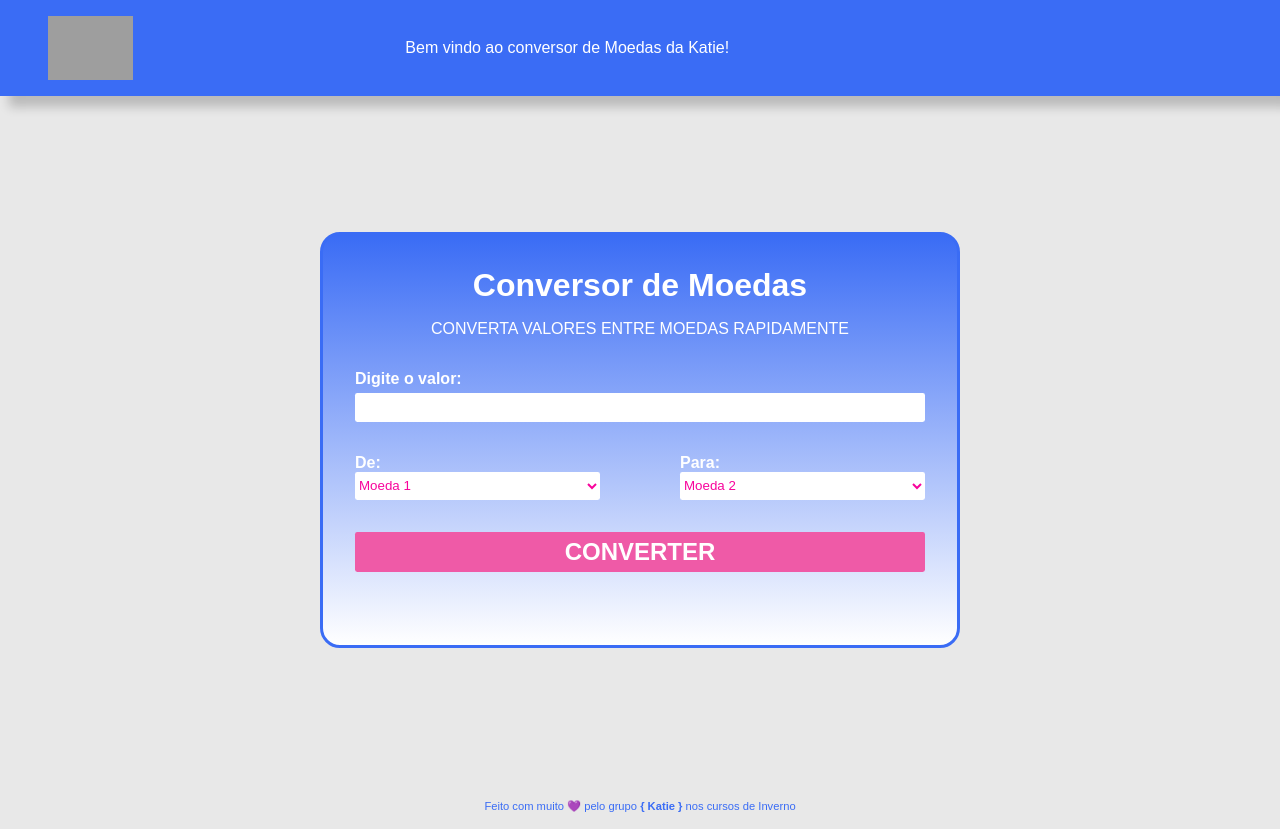
Repository: willamesalmeida/Conversor-de-Moedas
Page: index.html
These files come from the project's save history. The page is drawn as it stood at one moment and after the next save; the edit follows.
The browser window is 1280 px wide. The pictures show the whole page.
Pictures or frames that could not be fetched are drawn as grey boxes.

Above is the page before, as saved 2022-08-07 14:52:48.

### index.html
<!DOCTYPE html>
<html lang="pt-br">
<head>
    <meta charset="UTF-8" />
    <meta name="viewport" content="width=device-width, initial-scale=1.0">
    <link rel="stylesheet" href="./global.css">
    <link rel="stylesheet" href="./styles.css">
    <title>Conversor de moedas KATIE</title>
</head>
<body>
    <script src="script.js"></script>

    <header class="cabecalho">
        <img class="gif-katie" src="https://ic.ufal.br/extensao/katie/resources/logoanim.gif"/>
        <p class="saudacao">Bem vindo ao conversor de Moedas da Katie!</p>
    </header>
    <main class="container">
        <section class="card">
            <header>
                <h2 class="titulo">Conversor de Moedas</h2>
                CONVERTA VALORES ENTRE MOEDAS RAPIDAMENTE
            </header>

            <section class="valor">
                <label>Digite o valor:</label>
                <input type="number" id="valor_inicial">
            </section>

            <section class="conversao">
                <div  class="converter-de">
                    <label>De:</label>
                    <select name="moedasde" id="moedasde">
                        <option value="de">Moeda 1</option>
                        <option value="USD">Dolar</option>
                        <option value="BRL">Real</option>
                        <option value="EUR">Euro</option>
                      </select>
                </div>

                <div class="converter-para">
                    <label>Para:</label>
                    <select name="moedaspara" id="moedaspara">
                        <option value="para">Moeda 2</option>
                        <option value="USD">Dolar</option>
                        <option value="BRL">Real</option>
                        <option value="EUR">Euro</option>
                      </select>
                </div>

            </section>
            <button type="submit" onclick="Converter()">CONVERTER</button>

            <span id="resultado" class="resultado"></span>

        </section>

    </main>

    <footer>
        Feito com muito &#128156 pelo grupo <strong>{ Katie }</strong> nos cursos de Inverno
    </footer>


</body>
</html>

### global.css
@import url('https://fonts.googleapis.com/css2?family=Roboto+Flex:opsz,wght@8..144,400;8..144,500&family=Roboto:ital,wght@0,100;0,300;0,400;0,500;0,700;0,900;1,100;1,300;1,400;1,500;1,700;1,900&display=swap');
:root {
  --rosa-katie: #f8049c;
  --amarelo-katie: #fdd54f;
  --cinza-katie: #1f1f24;
  --rosa-claro: #EF5AA7;
  --branco:  #ffffff;
  --blue: #3A6CF5;
  --gray:#E8E8E8;
  --grey2: #EBEBF3;
  --red:#FF0000;
}

* {
  margin: 0;
  padding: 0;
  box-sizing: border-box;
}

body {
  font-family: 'Roboto ', sans-serif;
  font-family: 'Roboto Flex ', sans-serif;
  color: #ffffff;
  background-color: var(--gray);
}

### styles.css
.cabecalho {
  background: var(--blue);
  padding: 1rem 0;
}

.gif-katie {
  margin-left: 3rem;
  height: 4rem;
}
.cabecalho{
  display: flex;
  align-items: center;
  box-shadow: 10px 10px 10px 1px rgba(0, 0, 0, 0.2);
}

.saudacao {
  text-align: center;
  padding-left: 17rem;
}

.container {
  padding: 2.5rem 1rem;
}

.card {
  background: linear-gradient(var(--blue), var(--branco)); ;
  /* background: var(--red); */
  width: 40rem;
  height: 26rem;
  border: 3px solid var(--blue);
  border-radius: 20px;
  padding: 2rem;
  margin: 6rem auto;
}

header h2 {

  font-size: 2rem;
}

.titulo {
  margin-bottom: 1rem;
}

.card header {
  text-align: center;
}

.valor {
  margin: 2rem 0;
  display: flex;
  flex-direction: column;
}

label {
  font-size: 1rem;
  font-weight: bold;
  margin-bottom: 0.3rem;
}

input,
select {
  border: none;
  border-radius: 0.15rem;
  height: 1.8rem;
  width: 100%;
  background: var(--branco);
  color: var(--rosa-katie)
}

input {
    padding: 0.8rem;
}

.conversao {
    width: 100%;
    margin: 2rem 0;
    display: flex;
    flex-direction: row;
  }

.converter-de,
.converter-para {
  width: 100%;
}

.converter-de {
  margin-right: 2.5rem;
}

.converter-para {
  margin-left: 2.5rem;
}

button {
  background: var(--rosa-claro);
  border: none;
  border-radius: 0.15rem;
  width: 100%;
  height: 2.5rem;
  cursor: pointer;
  color: var(--branco);
  font-weight: bold;
  font-size: 1.5rem;
  transition: 0.5s;
  margin-bottom: 1rem;
}

#resultado {
    font-weight: bold;
    color: var(--amarelo-katie);
    font-size: 1.5rem;
    text-align: center;
}

button:hover {
  filter: brightness(0.8);
}

footer {
    margin: 1rem 0;
    color: var(--blue);
    font-size: 0.70rem;
    text-align: center;
}

### script.js
function Converter() {
  let input = parseFloat(document.getElementById("valor_inicial").value);
  let output = document.getElementById("resultado");
  let de = document.getElementById("moedasde");
  let para = document.getElementById("moedaspara");

  console.log(de.value);

  //Reais
  if (de.value == "BRL" && para.value != "Moeda 2") {
    let valorEmReais = input;
    let valor;
    if (para.value == "BRL") {
      valor = "O valor em reais é: R$" + valorEmReais.toFixed(2);
    } else if (para.value == "EUR") {
      valor = "O valor em euros é: €" + (valorEmReais * 0.1885).toFixed(2);
    } else if (para.value == "USD") {
      valor = "O valor em dólar é: $" + (valorEmReais * 0.1917).toFixed(2);
    }
    output.innerHTML = valor;
  } else if (de.value == "EUR" && para.value != "Moeda 2") {
    let valorEmEuros = input;
    let valor;

    if (para.value == "EUR") {
      valor = "O valor em euros é: €" + valorEmEuros.toFixed(2);
    } else if (para.value == "USD") {
      valor = "O valor em dólar é: $" + (valorEmEuros * 1.0167).toFixed(2);
    } else if (para.value == "BRL") {
      valor = "O valor em reais é: R$" + (valorEmEuros * 5.303).toFixed(2);
    }
    output.innerHTML = valor;
  } else if (de.value == "USD" && para.value != "Moeda 2") {
    console.log("entrou no else is do dolar");
    let valorEmDolar = input;
    let valor;

    if (para.value == "USD") {
      valor = "O valor em dólar é: $" + valorEmDolar.toFixed(2);
    } else if (para.value == "BRL") {
      valor = "O valor em dólar é: R$" + (valorEmDolar * 5.2159).toFixed(2);
    } else if (para.value == "EUR") {
      valor = "O valor em dólar é: €" + (valorEmDolar * 0.9832).toFixed(2);
    }
    output.innerHTML = valor;
  } else {
    output.innerHTML = "";
  }
}

After the next save:
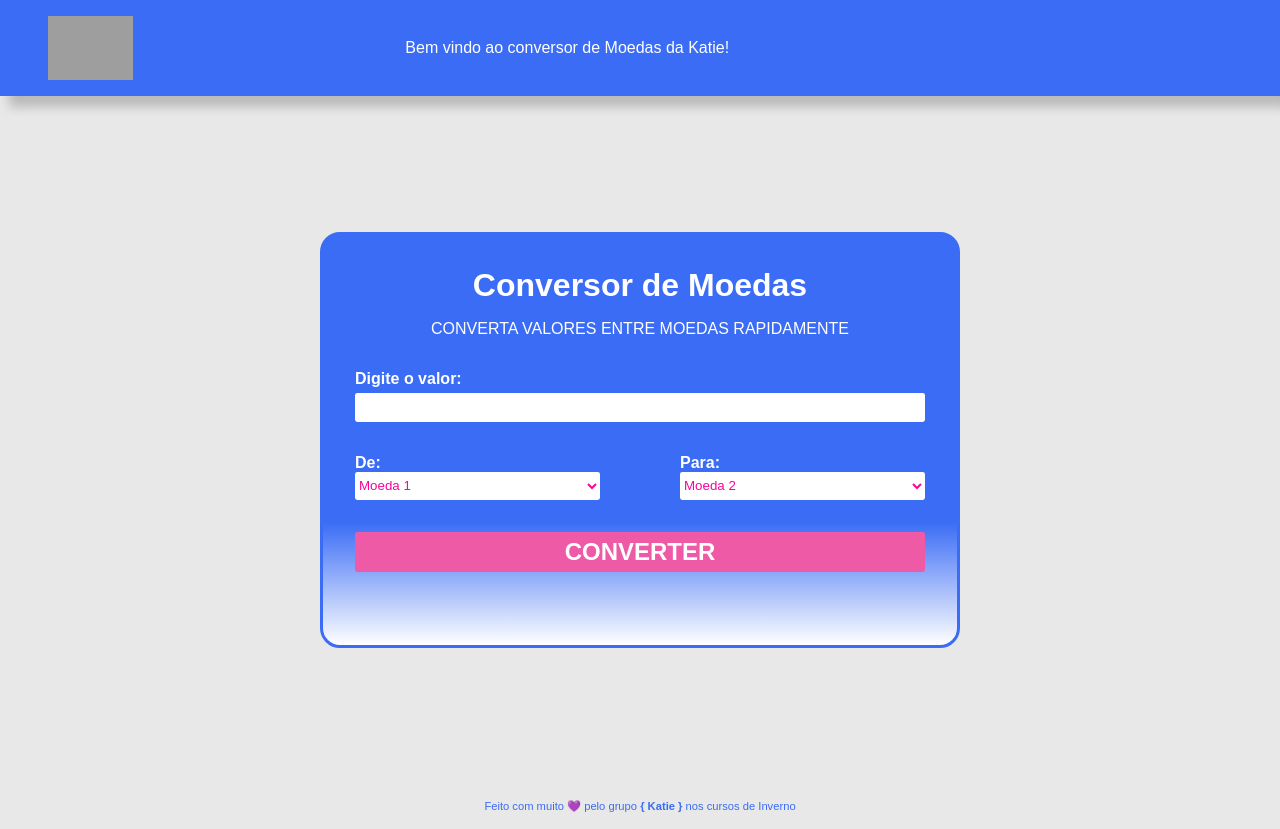
Saved 33 s later.
--- a/styles.css
+++ b/styles.css
@@ -23,7 +23,7 @@
 }
 
 .card {
-  background: linear-gradient(var(--blue), var(--branco)); ;
+  background: linear-gradient(var(--blue)70%, var(--branco)); ;
   /* background: var(--red); */
   width: 40rem;
   height: 26rem;
